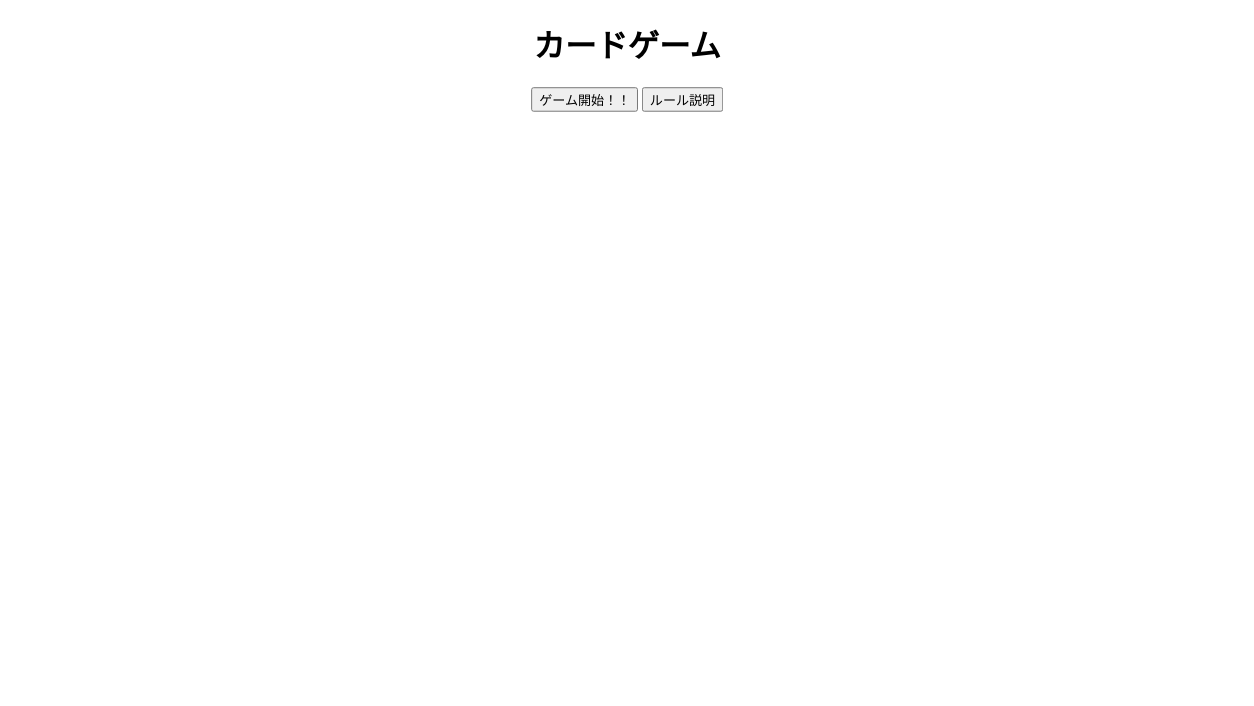
Repository: e1b21074/field_arena
Page: .log/field_arena/src/main/resources/static/index.html
The author's editor kept a copy of each file at every save. The page is drawn from the files as they stood at one save, then again after the next save.
The browser window is 1280 px wide. The pictures show the whole page, at 98% of full size.

Above is the page before, as saved 2024-01-06 00:01:00.

### .log/field_arena/src/main/resources/static/index.html
<!DOCTYPE html>
<html lang="en">

<head>
  <meta charset="UTF-8">
  <meta name="viewport" content="width=device-width, initial-scale=1.0">
  <title>カードゲーム</title>
</head>

<body class="gradient">
  <center>
    <h1>カードゲーム</h1>
    <button onclick="location.href='/gamearea'">ゲーム開始！！</button>
    <button onclick="location.href='/rule'">ルール説明</button>
  </center>
</body>

</html>

After the next save:
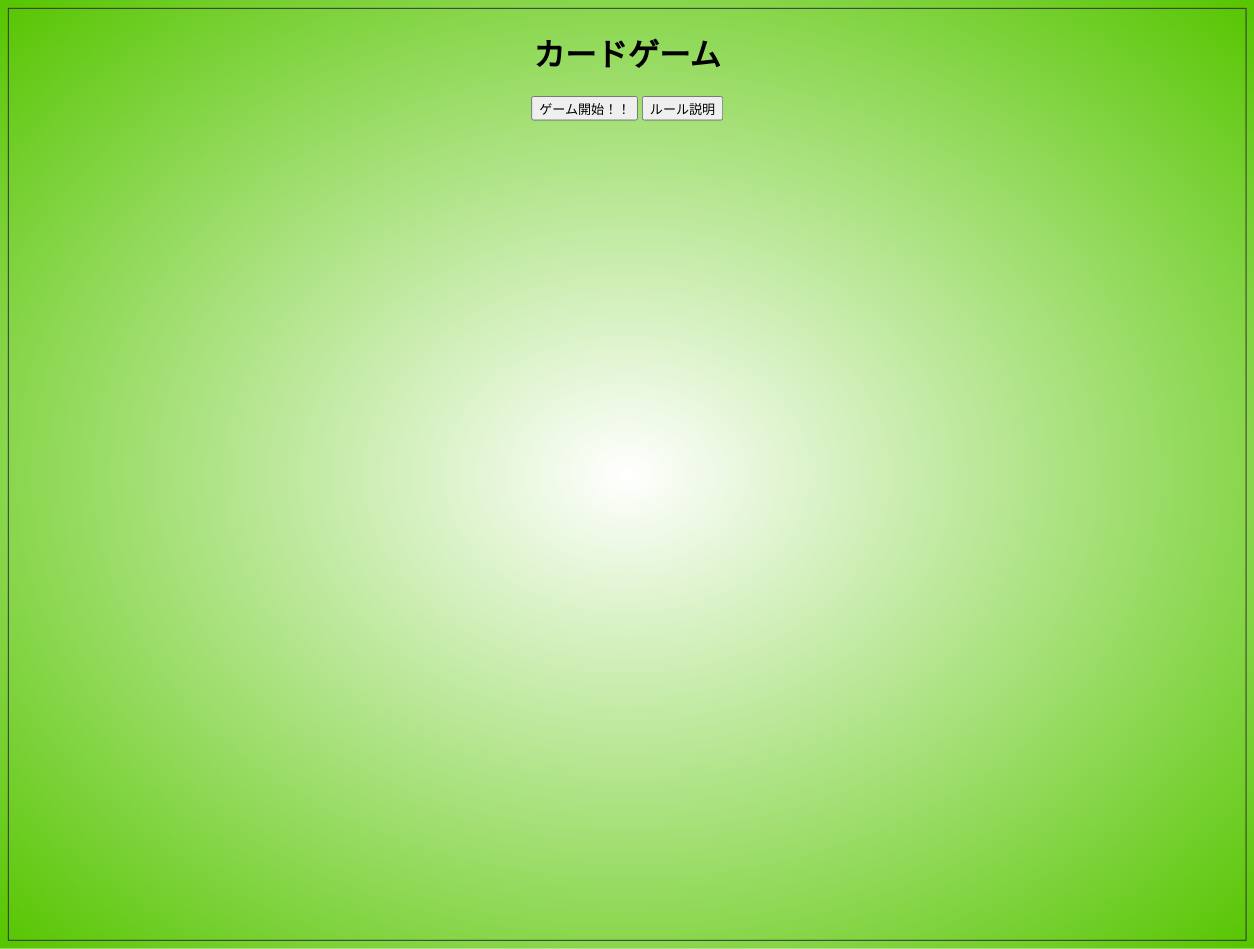
Saved 16 s later.
--- a/.log/field_arena/src/main/resources/static/index.html
+++ b/.log/field_arena/src/main/resources/static/index.html
@@ -5,6 +5,14 @@
   <meta charset="UTF-8">
   <meta name="viewport" content="width=device-width, initial-scale=1.0">
   <title>カードゲーム</title>
+
+  <style>
+    .gradient {
+      background:radial-gradient(#fff, #56C500);
+      height: 950px;
+      border: 1px solid #333;
+  }
+  </style>
 </head>
 
 <body class="gradient">
